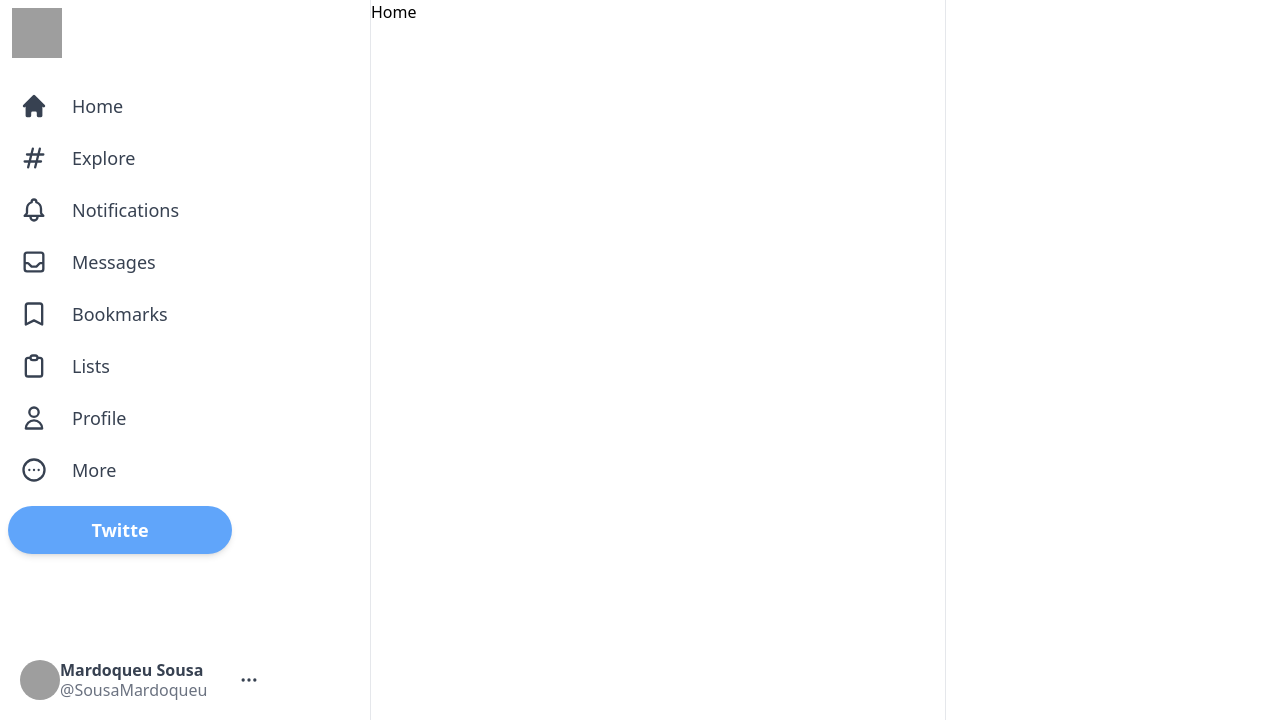
Repository: Mardoqueu/twitter
Page: /
An editor plug-in stored every save of this project. The page is shown before and after the next save, followed by the edit.
The browser window is 1280 px wide. The pictures show the whole page.
Pictures or frames that could not be fetched are drawn as grey boxes. The project was rebuilt for these pictures with package versions that can differ from the ones it lists, and the page was loaded fresh each time. The framework's server and built-in components were replaced by stand-ins that run in the browser. Also part of the build but not shown: next.config.js.

Above is the page before, as saved 2022-09-01 15:32:53.

### pages/index.js
import Head from "next/head";
import Sidebar from '../components/Sidebar';
import Feed from '../components/Feed';


export default function Home() {
  return (
    <div >
      <Head>
        <title>Twitter Clone</title>
        <meta name="description" content="Generated by create next app" />
        <link rel="icon" href="/favicon.ico" />
      </Head>

    <main className='flex min-h-screen max-w-7xl mx-auto '>
      {/* Sidebar */}
      <Sidebar />

      {/* Feed */}
      <Feed/>
      {/* Widgets */}

      {/* Modal */}

    </main>


    </div>
  )
}

### styles/globals.css
@tailwind base;
@tailwind components;
@tailwind utilities;

@layer components{
    .hoverEffect {
        @apply cursor-pointer hover:bg-gray-200 rounded-full w-[52px] xl:w-auto h-[52px] xl:h-auto xl:p-3
    }
}

### components/Sidebar.js
import Image from "next/image"
import SidebarMenuItem from "./SidebarMenuItem"
import { HomeIcon } from '@heroicons/react/solid'
import { BellIcon, BookmarkIcon, ClipboardIcon, DotsCircleHorizontalIcon, DotsHorizontalIcon, HashtagIcon, InboxIcon, UserIcon } from '@heroicons/react/outline'

export default function Sidebar() {
  return (
    <div className="hidden sm:flex flex-col p-2 xl:items-start fixed h-full">
        {/* Twitter logo */}
        <div className="hoverEffect p-0 hover:bg-blue-100 xl:px-1">
            <Image
            width="50"
            height="50"
            src="https://help.twitter.com/content/dam/help-twitter/brand/logo.png"></Image>
        </div>

        {/* Menu */}

        <div className="mt-4 mb-2.5 xl:items-start">
        <SidebarMenuItem text="Home" Icon={HomeIcon} active/>
        <SidebarMenuItem text="Explore" Icon={HashtagIcon} />
        <SidebarMenuItem text="Notifications" Icon={BellIcon} />
        <SidebarMenuItem text="Messages" Icon={InboxIcon} />
        <SidebarMenuItem text="Bookmarks" Icon={BookmarkIcon} />
        <SidebarMenuItem text="Lists" Icon={ClipboardIcon} />
        <SidebarMenuItem text="Profile" Icon={UserIcon} />
        <SidebarMenuItem text="More" Icon={DotsCircleHorizontalIcon} />
      </div>

        {/* Button */}

        <button className="bg-blue-400 text-white rounded-full w-56 h-12 font-bold shadow-md hover:brightness-95 text-lg hidden xl:inline">Twitte</button>

        {/* Mini-profile */}
        <div className="hoverEffect text-gray-700 flex items-center justify-center xl:justify-start mt-auto">
            <img
            src="https://media-exp1.licdn.com/dms/image/C4E03AQF1Icbg9ibKSQ/profile-displayphoto-shrink_800_800/0/1656524327808?e=1667433600&v=beta&t=zLj1VuO7UnlyGXgtGnCIGGm6Xel0rldXOa9ES50GV3c"
            alt="user-img"
            className="h-10 w-10 rounded-full"/>
            <div className="leading-5 hidden xl:inline">
                <h4 className="font-bold">Mardoqueu Sousa</h4>
                <p className="text-gray-500">@SousaMardoqueu</p>
            </div>
            <DotsHorizontalIcon className="h-5 xl:ml-8"/>
        </div>
    </div>
  )
}

### components/Feed.js
import React from 'react'

export default function Feed() {
  return (
    <div className="xl:ml-[370px] border-l border-r border-gray-200  xl:min-w-[576px] sm:ml-[73px] flex-grow max-w-xl">
        <div className=''>
              <h2>Home</h2>
        </div>
    </div>
  )
}

### components/SidebarMenuItem.js
import React from 'react'

export default function SidebarMenuItem({text, Icon}) {
  return (
    <div className="hoverEffect flex items-center text-gray-700 justify-center xl:justify-start text-lg space-x-3">
      <Icon className="h-7" />
      <span className={'${active && "font-bold"} hidden xl:inline'}></span>
      <span>{text}</span>
    </div>
  )
}

Loaded but not shown: pages/_app.js (common file); tailwind.config.js (common file)

After the next save:
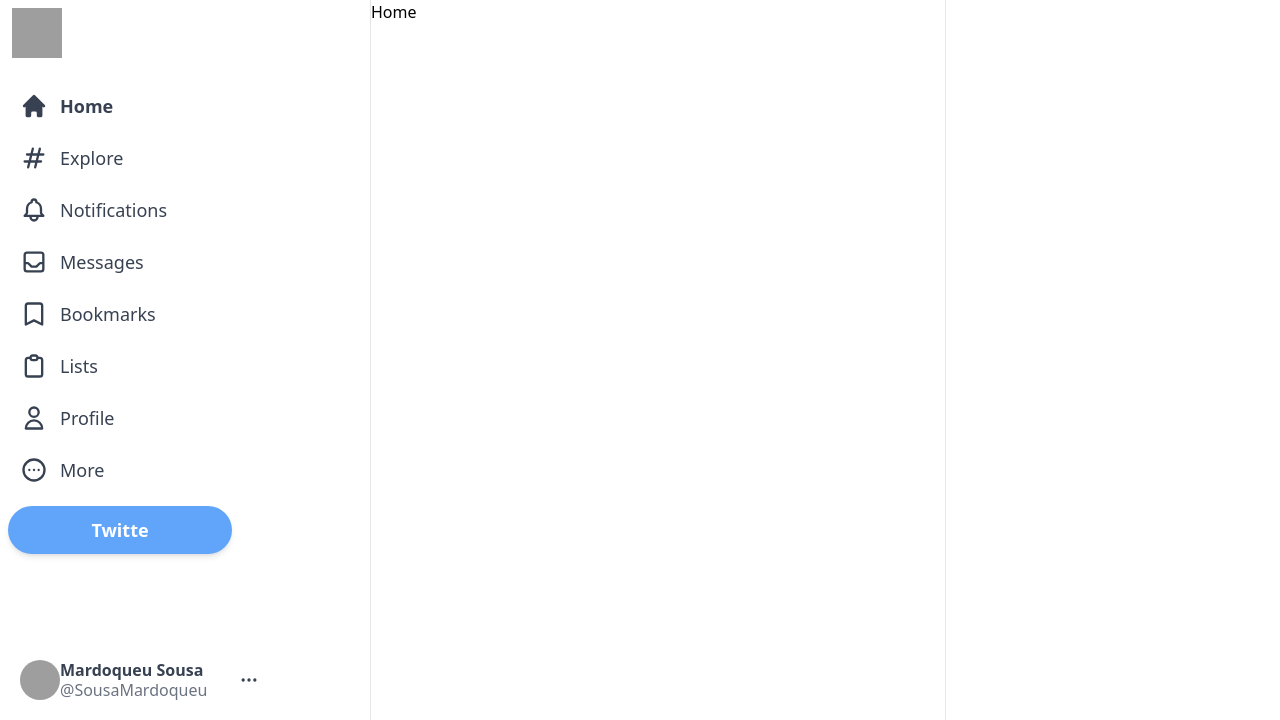
Saved 61 s later.
--- a/components/SidebarMenuItem.js
+++ b/components/SidebarMenuItem.js
@@ -1,11 +1,8 @@
-import React from 'react'
-
-export default function SidebarMenuItem({text, Icon}) {
+export default function SidebarMenuItem({ text, Icon, active }) {
   return (
     <div className="hoverEffect flex items-center text-gray-700 justify-center xl:justify-start text-lg space-x-3">
       <Icon className="h-7" />
-      <span className={'${active && "font-bold"} hidden xl:inline'}></span>
-      <span>{text}</span>
+      <span className={`${active && "font-bold"} hidden xl:inline`}>{text}</span>
     </div>
-  )
+  );
 }

After the save that followed:
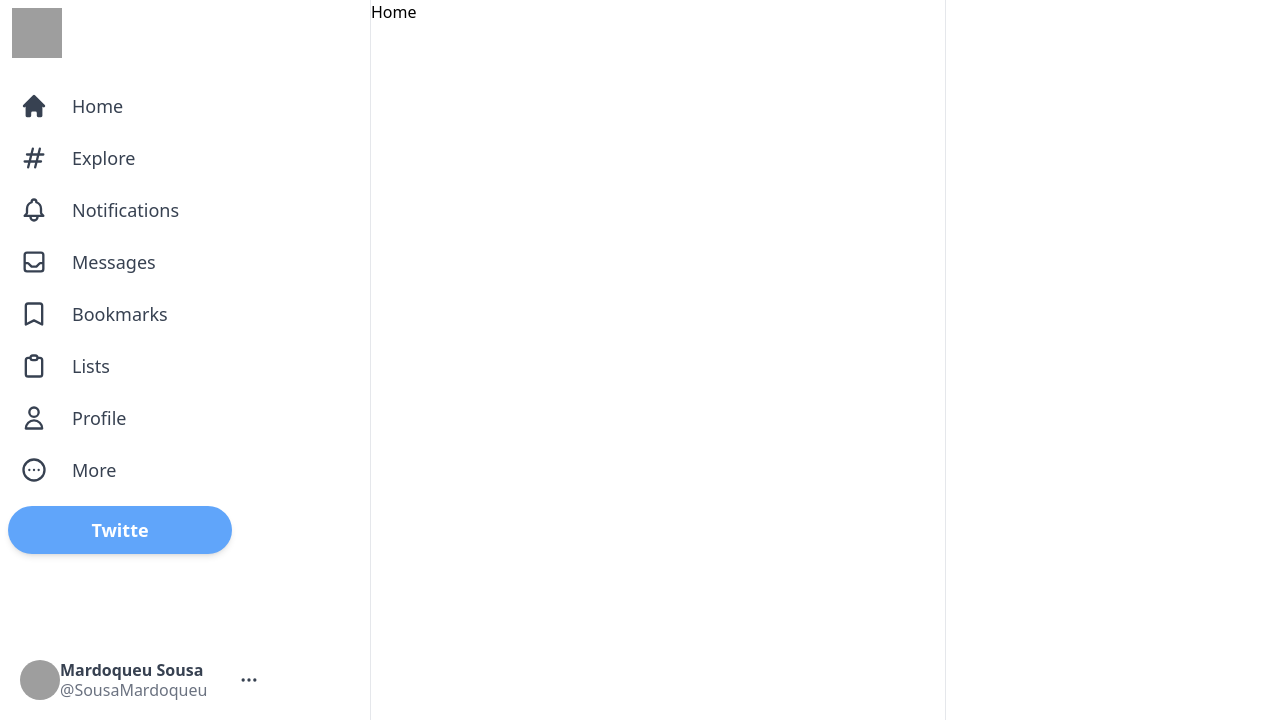
Saved 7 s later.
--- a/components/SidebarMenuItem.js
+++ b/components/SidebarMenuItem.js
@@ -1,8 +1,11 @@
-export default function SidebarMenuItem({ text, Icon, active }) {
+import React from 'react'
+
+export default function SidebarMenuItem({text, Icon}) {
   return (
     <div className="hoverEffect flex items-center text-gray-700 justify-center xl:justify-start text-lg space-x-3">
       <Icon className="h-7" />
-      <span className={`${active && "font-bold"} hidden xl:inline`}>{text}</span>
+      <span className={'${active && "font-bold"} hidden xl:inline'}></span>
+      <span>{text}</span>
     </div>
-  );
+  )
 }
